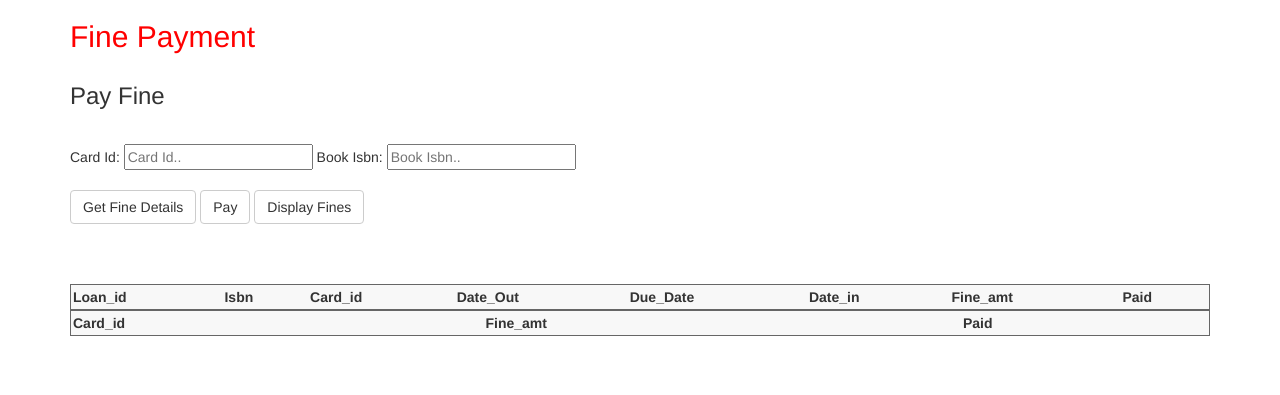
Repository: ApurvaMithal/LibraryManagementSystem
Page: http://localhost/LibraryManagementSystem/FinePay.jsp
The author's editor kept a copy of each file at every save. The page is drawn from the files as they stood at one save, then again after the next save.
The browser window is 1280 px wide. The pictures show the whole page.
Some web fonts or font styles are not loaded; a fallback is used. The page is served by Tomcat 9. Other server files are loaded and not shown.

Above is the page before, as saved 2018-03-03 00:17:55.

### eclipse/LibraryManagementSystem/WebContent/FinePay.jsp
<%@ page language="java" contentType="text/html; charset=ISO-8859-1"
    pageEncoding="ISO-8859-1"%>
<!DOCTYPE html PUBLIC "-//W3C//DTD HTML 4.01 Transitional//EN" "http://www.w3.org/TR/html4/loose.dtd">
<html>
<head>
<meta http-equiv="Content-Type" content="text/html; charset=ISO-8859-1">
<title>FinePayment</title>
        <link rel="stylesheet" href="css/bootstrap.min.css">
        <link rel="stylesheet" href="https://cdnjs.cloudflare.com/ajax/libs/font-awesome/4.7.0/css/font-awesome.min.css">
        <link href='http://fonts.googleapis.com/css?family=Oxygen' rel='stylesheet' type='text/css'>
        <script src="js/jquery.min.js"></script>
        <script src="js/bootstrap.min.js"></script>
  <style>
    table {
                border: 1px solid #666;
                width: 100%;
            }
    th {
                background: #f8f8f8;
                font-weight: bold;
                padding: 2px;
            }
    tr{
        cursor:pointer;
        background: -moz-linear-gradient(top, #ffffff, #D1E3E9);
        background: -webkit-gradient(linear, 0% 0%, 0% 100%, from(#ffffff), to(#D1E3E9));
        text-align:center;
    }

    tr:hover{
        background: -moz-linear-gradient(top, #249ee4, #057cc0);
        background: -webkit-gradient(linear, 0% 0%, 0% 100%, from(#249ee4), to(#057cc0));
    }

    tr:active
    {
        background: -moz-linear-gradient(top, #057cc0, #249ee4);
        background: -webkit-gradient(linear, 0% 0%, 0% 100%, from(#057cc0), to(#249ee4));
    }

    #result{
        font-weight:bold;
        font-size:16pt;
    }
</style>
<script>
jQuery(window).ready(function() {

	$("#finePaymentBtn").click(function(event) {
		var card_id = $('#card_id').val();
        var isbn = $('#isbn').val();
        jQuery.ajax({
            url: "FinePaymentServlet",
            type: "get",
            dataType: "json",
            data: {
            	card_id : card_id,
            	isbn : isbn
            },
            success: function(data) {
                // since we are using jQuery, you don't need to parse response

                drawTable(data);
                $("#fineDetails tr").click(function(event) {
              	  var loan_id = this.cells[0].innerHTML;
              	  var isbn = this.cells[1].innerHTML;
              	  var card_id = this.cells[2].innerHTML;
              	  var date_out = this.cells[3].innerHTML;
              	  var due_date = this.cells[4].innerHTML;
              	  var date_in = this.cells[5].innerHTML;
              	  var fine_amt = this.cells[6].innerHTML;
              	  var paid = this.cells[7].innerHTML;

              	$("#finePaymentBtn2").click(function(event) {
					jQuery.ajax({
                      url: "FinePaymentPayServlet",
                      type: "get",
                      dataType: "json",
                      data: {
                          loan_id: loan_id

                      },
                      success: function(data) {
                          // since we are using jQuery, you don't need to parse response
                          	if(data[0].flag == 0){
                          		alert("Error: Payment of a fine for book that is not yet returned not allowed");
                          	}
                          	if(data[0].flag == 1){
                          		alert("Payment successfull");
                          	}

                      }
                  });
              	});
                });
            }
        });

    });

	$("#finePaymentBtn3").click(function(event) {
        jQuery.ajax({
            url: "FinePaymentDisplayServlet",
            type: "get",
            dataType: "json",
            data: {
            },
            success: function(data) {
                // since we are using jQuery, you don't need to parse response

                drawTableFine(data);

            }
        });

    });

        function drawTable(data) {
        	  $("#fineDetails").find("tr:not(:first)").remove();
            for (var i = 0; i < data.length; i++) {
                drawRow(data[i]);
            }
        }

        function drawRow(rowData) {
            var row = $("<tr />");
            $("#fineDetails").append(row); //this will append tr element to table... keep its reference for a while since we will add cels into it
            row.append($("<td>" + rowData.loan_id + "</td>"));
            row.append($("<td>" + rowData.isbn+ "</td>"));
            row.append($("<td>" + rowData.card_id + "</td>"));
            row.append($("<td>" + rowData.date_out + "</td>"));
            row.append($("<td>" + rowData.due_date + "</td>"));
            row.append($("<td>" + rowData.date_in + "</td>"));
            row.append($("<td>" + rowData.fine_amt + "</td>"));
            row.append($("<td>" + rowData.paid + "</td>"));

        }
        function drawTableFine(data) {
      	  $("#fineDetailsSum").find("tr:not(:first)").remove();
          for (var i = 0; i < data.length; i++) {
              drawRowFine(data[i]);
          }
      }

      function drawRowFine(rowData) {
          var row = $("<tr />");
          $("#fineDetailsSum").append(row); //this will append tr element to table... keep its reference for a while since we will add cels into it
          row.append($("<td>" + rowData.card_id + "</td>"));
          row.append($("<td>" + rowData.fine_amt + "</td>"));
          row.append($("<td>" + rowData.paid + "</td>"));

      }
    });
</script>
</head>
<body>
 <div class="container">
 <h2>
                <font color="red">Fine Payment</font>
            </h2>
	<div class="finePayment">
                <label for="finePayment"><h3>Pay Fine</h3></label></br></br>
                Card Id:    <input type="text" id="card_id" placeholder="Card Id.." name="cardId">
                Book Isbn:  <input type="text" id="isbn" placeholder="Book Isbn.." name="bookIsbn"></br>


            </div>
			</br>
            <button type="Submit" class="btn btn-default" id="finePaymentBtn">Get Fine Details</button>
            <button type="Submit" class="btn btn-default" id="finePaymentBtn2">Pay</button>
            <button type="Submit" class="btn btn-default" id="finePaymentBtn3">Display Fines</button>
			</br></br>

            <table id="fineDetails">
            <tr>
                <th>Loan_id</th>
                <th>Isbn</th>
                <th>Card_id</th>
                <th>Date_Out</th>
                <th>Due_Date</th>
                <th>Date_in</th>
                <th>Fine_amt</th>
                <th>Paid</th>
            </tr>
		</br></br>
         </table>
          <table id="fineDetailsSum">
            <tr>
                <th>Card_id</th>
                <th>Fine_amt</th>
                <th>Paid</th>
            </tr>

         </table>

         </div>
</body>
</html>

Loaded but not shown: eclipse/LibraryManagementSystem/WebContent/css/bootstrap.min.css (library); eclipse/LibraryManagementSystem/WebContent/js/jquery.min.js (library); eclipse/LibraryManagementSystem/WebContent/js/bootstrap.min.js (library)

After the next save:
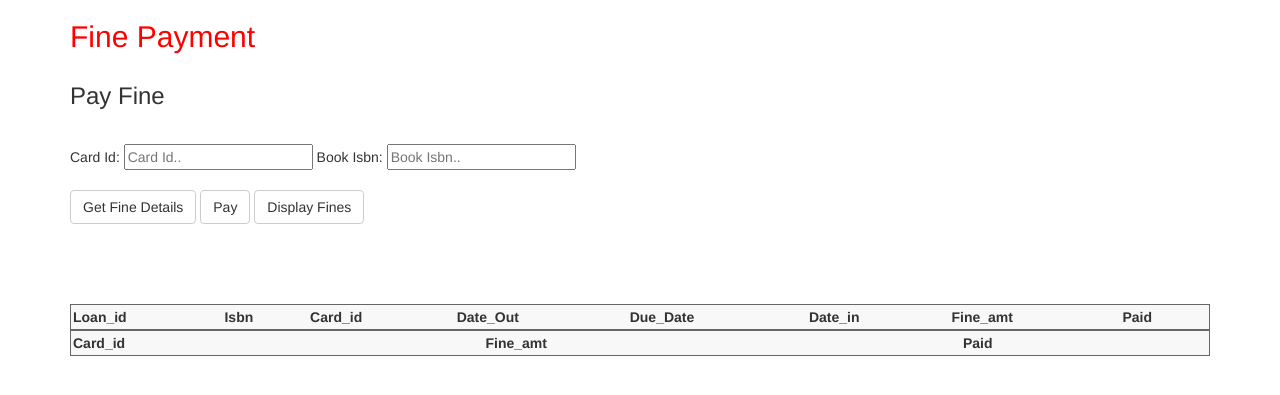
Saved 10 s later.
--- a/eclipse/LibraryManagementSystem/WebContent/FinePay.jsp
+++ b/eclipse/LibraryManagementSystem/WebContent/FinePay.jsp
@@ -182,7 +182,7 @@ jQuery(window).ready(function() {
                 <th>Fine_amt</th>
                 <th>Paid</th>
             </tr>
-		</br></br>
+		</br></br></br>
          </table>
           <table id="fineDetailsSum">
             <tr>
